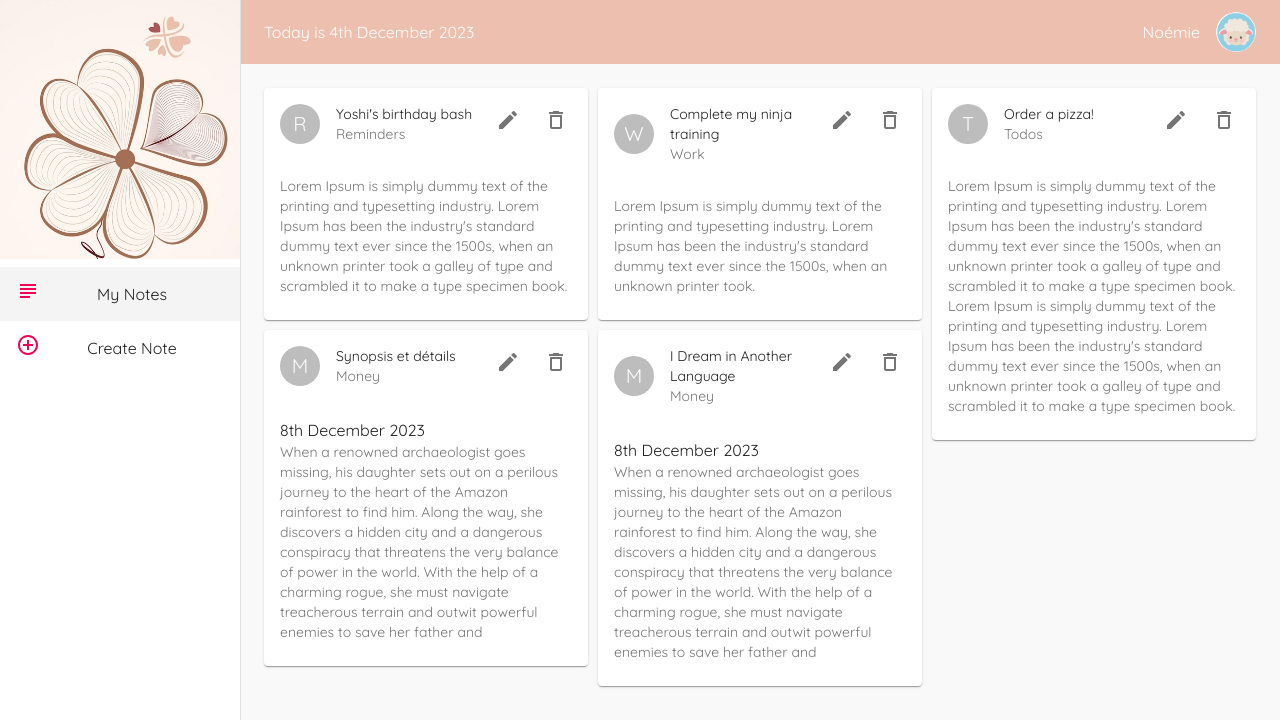
Repository: noemiepham/noemieblognote
Page: /
The author's editor kept a copy of each file at every save. The page is drawn from the files as they stood at one save, then again after the next save.
The browser window is 1280 px wide. The pictures show the whole page.
The project was rebuilt for these pictures with package versions that can differ from the ones it lists, and the page was loaded fresh each time. Requests to the local data server were answered from the project's data file. Also part of the build but not shown: src/pages/Create.js.

Above is the page before, as saved 2023-12-08 15:57:32.

### public/index.html
<!DOCTYPE html>
<html lang="en">

<head>
  <meta charset="utf-8" />
  <meta name="viewport" content="width=device-width, initial-scale=1" />
  <meta name="theme-color" content="#000000" />
  <meta name="description" content="Web site created using create-react-app" />

  <link rel="stylesheet" href="https://fonts.googleapis.com/css?family=Roboto:300,400,500,700&display=swap" />
  <title>Material UI</title>
</head>

<body>
  <noscript>You need to enable JavaScript to run this app.</noscript>
  <div id="root"></div>
  <!--
      This HTML file is a template.
      If you open it directly in the browser, you will see an empty page.

      You can add webfonts, meta tags, or analytics to this file.
      The build step will place the bundled scripts into the <body> tag.

      To begin the development, run `npm start` or `yarn start`.
      To create a production bundle, use `npm run build` or `yarn build`.
    -->
</body>

</html>

### src/index.css
@import url('https://fonts.googleapis.com/css2?family=Open+Sans:ital,wght@0,400;1,300&family=Quicksand&display=swap');


body {
     margin: 0;
     -webkit-font-smoothing: antialiased;
     -moz-osx-font-smoothing: grayscale;
     background: #f9f9f9;
}

.my-masonry-grid {
     display: -webkit-box;
     /* Not needed if autoprefixing */
     display: -ms-flexbox;
     /* Not needed if autoprefixing */
     display: flex;
     margin-left: -20px;
     /* gutter size offset */
     width: auto;
}

.my-masonry-grid_column {
     padding-left: 20px;
     /* gutter size */
     background-clip: padding-box;
}

.my-masonry-grid_column>div {
     /* change div to reference your elements you put in <Masonry> */
     margin-bottom: 30px;
}

img {
     width: 100%;
     height: 100%;
     object-fit: cover;
}

header.MuiPaper-root.MuiAppBar-root.MuiAppBar-positionFixed.MuiAppBar-colorPrimary.makeStyles-appbar-7.mui-fixed.MuiPaper-elevation0 {
     background-color: #ecbfae;
}

### src/App.js
import React from "react";
import { BrowserRouter, Routes, Route } from "react-router-dom";
import Notes from "./pages/Notes";
import Create from "./pages/Create";
import { createTheme, ThemeProvider } from "@material-ui/core";
import Layout from "./pages/Layout";
const theme = createTheme({
  typography: {
    fontFamily: "Quicksand",
    fontWeightLight: 400,
  },
});

function App() {
  return (
    <ThemeProvider theme={theme}>
      <BrowserRouter>
        <Routes>
          <Route path="/" element={<Layout />}>
            <Route path="" element={<Notes />} />
            <Route path="create" element={<Create />} />
            <Route path="edit/:id" element={<Create />} />
          </Route>
        </Routes>
      </BrowserRouter>
    </ThemeProvider>
  );
}

export default App;

### src/pages/Notes.js
import { useEffect, useState } from "react";
import NoteCard from "../components/NoteCard";
import Masonry, { ResponsiveMasonry } from "react-responsive-masonry";
import { useNavigate } from "react-router-dom";

const Notes = () => {
  const [notes, setNotes] = useState([]);
  const navigate = useNavigate();

  useEffect(() => {
    fetch("http://localhost:8000/notes")
      .then((res) => res.json())
      .then((data) => setNotes(data));
  }, []);

  const handleDelete = async (id) => {
    await fetch("http://localhost:8000/notes/" + id, {
      method: "DELETE",
    });

    const newNotes = notes.filter((note) => note.id !== id);

    setNotes(newNotes);
  };
  const handleEdit = (note) => {
    navigate("/edit/" + note);
  };
  return (
    <ResponsiveMasonry columnsCountBreakPoints={{ 350: 1, 750: 2, 900: 3 }}>
      <Masonry columnsCount={3} gutter="10px">
        {notes.map((note) =>
          note ? (
            <NoteCard
              note={note}
              handleDelete={handleDelete}
              handleEdit={handleEdit}
              spacing={3}
            />
          ) : (
            ""
          )
        )}
      </Masonry>
    </ResponsiveMasonry>
  );
};

export default Notes;

### src/pages/Layout.js
import { Outlet, useLocation, useNavigate } from "react-router-dom";
import { Avatar, Drawer, Typography, makeStyles } from "@material-ui/core";
import List from "@material-ui/core/List";
import ListItem from "@material-ui/core/ListItem";
import ListItemText from "@material-ui/core/ListItemText";
import { AddCircleOutline, SubjectOutlined } from "@material-ui/icons";
import { AppBar, Toolbar } from "@material-ui/core";
import format from "date-fns/format/index";

const drawerWidth = 240;
const useStyles = makeStyles((theme) => {
  return {
    page: {
      background: "#f9f9f9",
      width: "100%",
      padding: theme.spacing(3),
    },
    drawer: {
      width: drawerWidth,
    },
    drawerPaper: {
      width: drawerWidth,
    },
    root: {
      display: "flex",
    },
    active: {
      background: "#f4f4f4",
    },
    title: {
      padding: theme.spacing(3),
    },
    appbar: {
      width: `calc(100% - ${drawerWidth}px)`,
    },
    toolbar: theme.mixins.toolbar,
    date: {
      flexGrow: 1,
    },
    avatar: {
      marginLeft: theme.spacing(2),
    },
  };
});

function Layout() {
  const navigate = useNavigate();
  const location = useLocation();
  const classes = useStyles();
  const menuItems = [
    {
      text: "My Notes",
      icon: <SubjectOutlined color="secondary" />,
      path: "/",
    },
    {
      text: "Create Note",
      icon: <AddCircleOutline color="secondary" />,
      path: "/create",
    },
  ];

  return (
    <div className={classes.root}>
      {/*  App bar */}
      <AppBar className={classes.appbar} elevation={0}>
        <Toolbar>
          <Typography className={classes.date}>
            Today is {format(new Date(), "do MMMM Y")}
          </Typography>
          <Typography>Noémie</Typography>
          <Avatar src="sheep.png" className={classes.avatar} />
        </Toolbar>
      </AppBar>
      {/* side drawer */}
      <Drawer
        className={classes.drawer}
        variant="permanent"
        anchor="left"
        classes={{ paper: classes.drawerPaper }}
      >
        <div>
          <img alt="Remy Sharp" src="logoBlog.jpg" />
        </div>
        <List>
          {menuItems.map((item) => (
            <ListItem
              key={item.text}
              button
              onClick={() => navigate(item.path)}
              className={
                location.pathname === item.path ? classes.active : null
              }
            >
              <ListItemText>{item.icon}</ListItemText>
              <ListItemText primary={item.text} />
            </ListItem>
          ))}
        </List>
      </Drawer>
      <div className={classes.page}>
        <div className={classes.toolbar}></div>
        <Outlet />
      </div>
    </div>
  );
}

export default Layout;

### src/components/NoteCard.js
import {
  Avatar,
  Card,
  CardContent,
  CardHeader,
  Typography,
  makeStyles,
} from "@material-ui/core";
import { IconButton } from "@material-ui/core";
import { yellow, green, pink, blue } from "@material-ui/core/colors";
import { DeleteOutline } from "@material-ui/icons";
import EditIcon from "@material-ui/icons/Edit";

const useStyles = makeStyles({
  avatar: {
    backgroundColor: (note) => {
      console.log(note.category);
      if (note.category === "Work") {
        return yellow[700];
      }
      if (note.category === "Money") {
        return green[500];
      }
      if (note.category === "Todos") {
        return pink[500];
      } else {
        return blue[500];
      }
    },
  },
  style: {
    margin: 20,
  },
  Typography: {
    color: "#a17056",
  },
});

function NoteCard({ note, handleDelete, handleEdit }) {
  const classes = useStyles(note);
  console.log("sfsqdfdsf", note);
  return (
    <div>
      <Card elevation={1} className={classes.test}>
        <CardHeader
          avatar={
            <Avatar className={classes.avatar}>
              {note.category[0]?.toUpperCase()}
            </Avatar>
          }
          action={
            <div>
              <IconButton onClick={() => handleEdit(note?.id)}>
                <EditIcon />
              </IconButton>
              <IconButton onClick={() => handleDelete(note?.id)}>
                <DeleteOutline />
              </IconButton>
            </div>
          }
          title={note?.title}
          subheader={note?.category}
        />
        <CardContent>
          <Typography>{note?.currentDate}</Typography>
          <Typography variant="body2" color="textSecondary">
            {note?.details}
          </Typography>
        </CardContent>
      </Card>
    </div>
  );
}

export default NoteCard;

### db.json
{
  "notes": [{
      "title": "Yoshi's birthday bash",
      "details": "Lorem Ipsum is simply dummy text of the printing and typesetting industry. Lorem Ipsum has been the industry's standard dummy text ever since the 1500s, when an unknown printer took a galley of type and scrambled it to make a type specimen book.",
      "category": "Reminders",
      "id": 1
    },
    {
      "title": "Complete my ninja training",
      "details": "Lorem Ipsum is simply dummy text of the printing and typesetting industry. Lorem Ipsum has been the industry's standard dummy text ever since the 1500s, when an unknown printer took.",
      "category": "Work",
      "id": 2
    },
    {
      "title": "Order a pizza!",
      "details": "Lorem Ipsum is simply dummy text of the printing and typesetting industry. Lorem Ipsum has been the industry's standard dummy text ever since the 1500s, when an unknown printer took a galley of type and scrambled it to make a type specimen book.\nLorem Ipsum is simply dummy text of the printing and typesetting industry. Lorem Ipsum has been the industry's standard dummy text ever since the 1500s, when an unknown printer took a galley of type and scrambled it to make a type specimen book.",
      "category": "Todos",
      "id": 3
    },
    {
      "title": "Synopsis et détails",
      "details": "When a renowned archaeologist goes missing, his daughter sets out on a perilous journey to the heart of the Amazon rainforest to find him. Along the way, she discovers a hidden city and a dangerous conspiracy that threatens the very balance of power in the world. With the help of a charming rogue, she must navigate treacherous terrain and outwit powerful enemies to save her father and",
      "category": "Money",
      "currentDate": "8th December 2023",
      "id": 12
    },
    {
      "title": "I Dream in Another Language",
      "details": "When a renowned archaeologist goes missing, his daughter sets out on a perilous journey to the heart of the Amazon rainforest to find him. Along the way, she discovers a hidden city and a dangerous conspiracy that threatens the very balance of power in the world. With the help of a charming rogue, she must navigate treacherous terrain and outwit powerful enemies to save her father and",
      "category": "Money",
      "currentDate": "8th December 2023",
      "id": 13
    }
  ]
}

Loaded but not shown: src/index.js (common file)

After the next save:
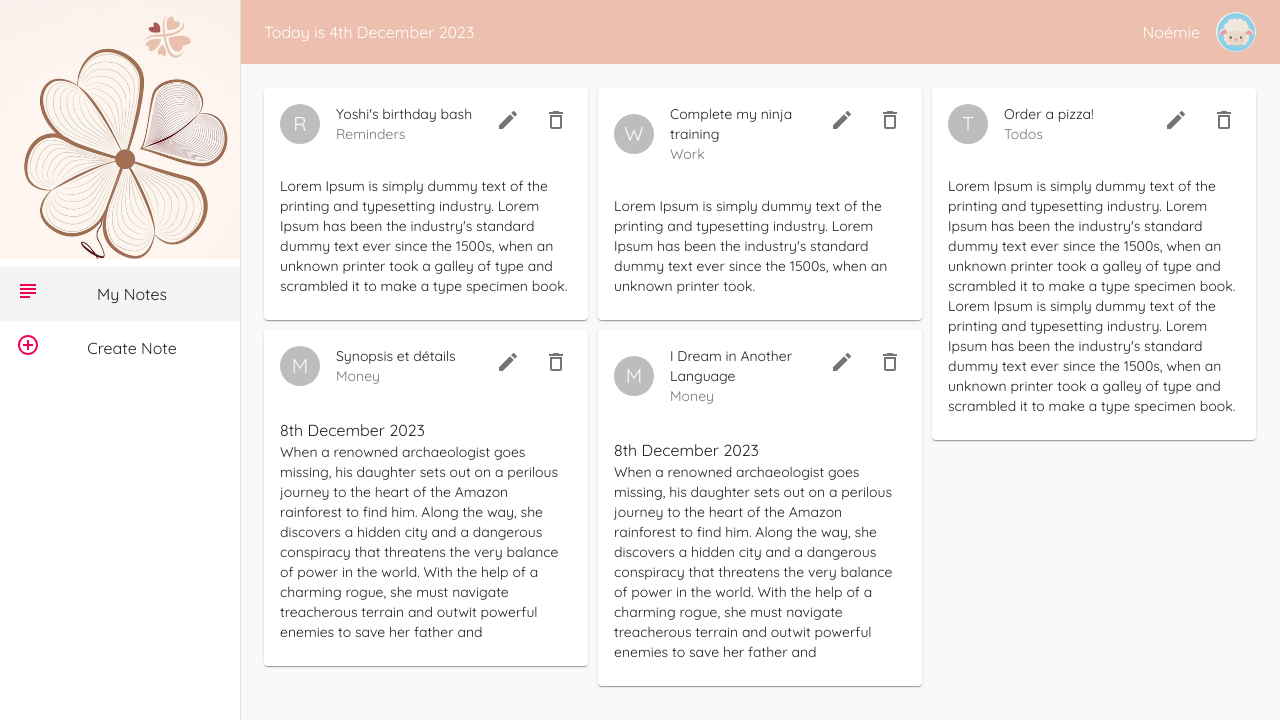
Saved 31 s later.
--- a/src/components/NoteCard.js
+++ b/src/components/NoteCard.js
@@ -63,7 +63,7 @@ function NoteCard({ note, handleDelete, handleEdit }) {
         />
         <CardContent>
           <Typography>{note?.currentDate}</Typography>
-          <Typography variant="body2" color="textSecondary">
+          <Typography variant="body2" color={classes.Typography}>
             {note?.details}
           </Typography>
         </CardContent>
